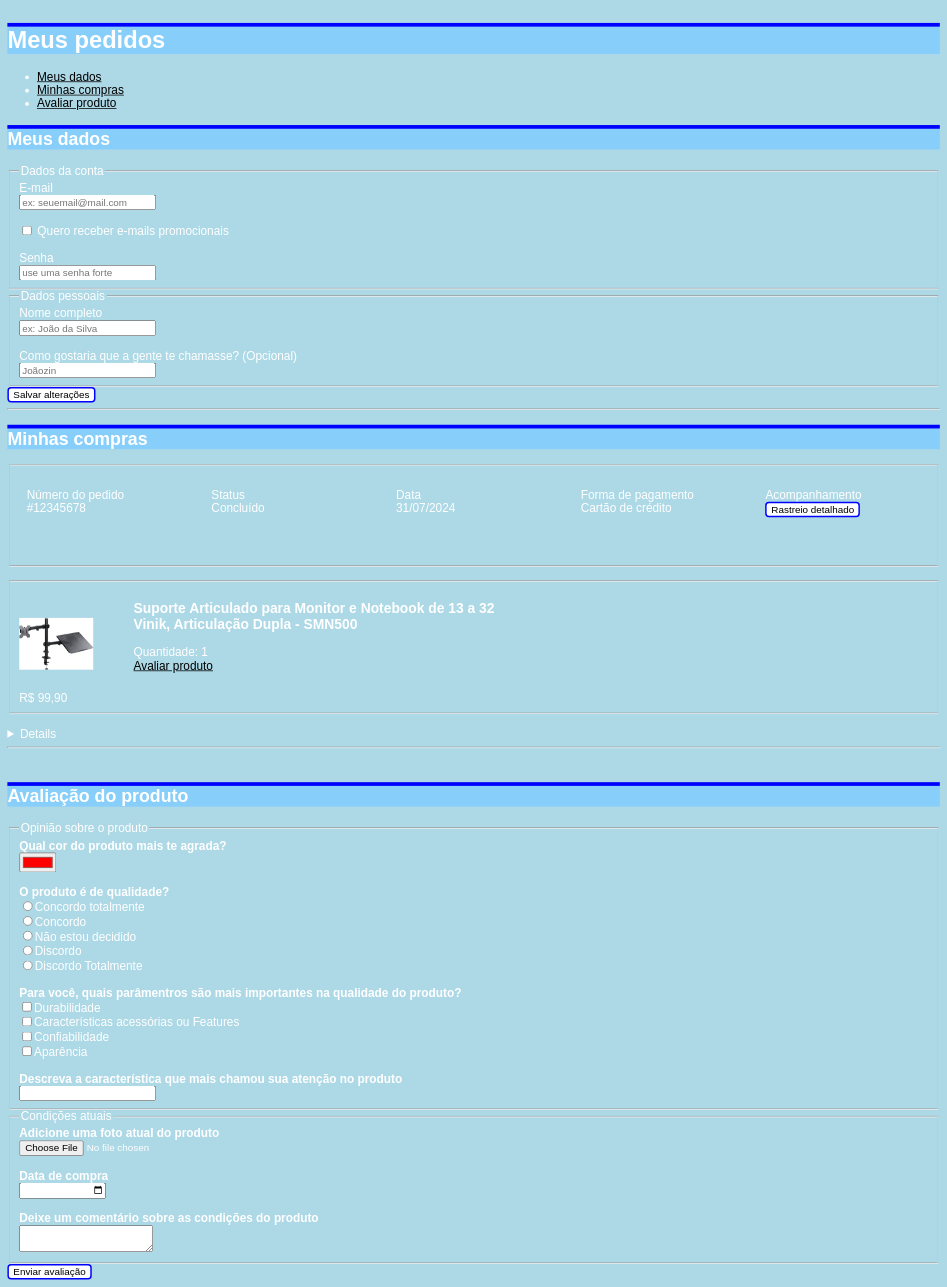
Repository: claudemir-camargo/site-compras
Page: index.html
These files come from the project's save history. The page is drawn as it stood at one moment and after the next save; the edit follows.
The browser window is 1280 px wide. The pictures show the whole page, at 74% of full size.

Above is the page before, as saved 2024-03-10 01:14:26.

### index.html
<!DOCTYPE html>
<html lang="en">

<head>
    <meta charset="UTF-8">
    <meta name="viewport" content="width=device-width, initial-scale=1.0">
    <link rel="stylesheet" type="text/css" href="css/style.css" />
    <title>Site de Compras</title>
</head>

<body>
    <h1>Meus pedidos</h1>
    <ul>
        <li><a href="#meus-dados">Meus dados</a></li>
        <li><a href="#minhas-compras">Minhas compras</a></li>
        <li><a href="#avaliacao-produto">Avaliar produto</a></li>
    </ul>
    <h2 id="meus-dados">Meus dados</h2>
    <!-- Conta -->
    <fieldset>
        <legend>Dados da conta</legend>
        <form>
            <label>E-mail</label><br>
            <input type="email" id="email" name="email" placeholder="ex: seuemail@mail.com"><br><br>
            <input type="checkbox">
            <label>Quero receber e-mails promocionais</label><br><br>
            <label>Senha</label><br>
            <input type="password" placeholder="use uma senha forte">
        </form>
    </fieldset>
    <!-- Pessoais -->
    <fieldset>
        <legend>Dados pessoais</legend>
        <form>
            <label>Nome completo</label><br>
            <input type="text" placeholder="ex: João da Silva"><br><br>
            <label>Como gostaria que a gente te chamasse? (Opcional) </label><br>
            <input type="text" placeholder="Joãozin">
        </form>
    </fieldset>
    <button type="button">Salvar alterações</button>
    <hr>
    <!-- Minhas compras -->
    <h2 id="minhas-compras">Minhas compras</h2>
    <fieldset>
        <div class="container">
            <div id="div1">
                <p>Número do pedido<br>#12345678</p>
            </div>
            <div id="div2">
                <p>Status<br>Concluído</p>
            </div>
            <div id="div3">
                <p>Data<br>31/07/2024</p>
            </div>
            <div id="div4">
                <p>Forma de pagamento<br>Cartão de crédito</p>
            </div>
            <div id="div5">
                <p>Acompanhamento<br><a href="#rastreioModal"><button>Rastreio detalhado</button></a></p>
            </div>
        </div>
    </fieldset>
    <div id="rastreioModal" class="modal">
        <h2>Rastreio detalhado</h2>
        <p>Seu pedido foi entregue com sucesso!<br>
            Entregue por: GFL<br>
            Código de rasteeio: 123456789<br>
            Entregue em: 31/07/2024<br>
        </p>
        <a href="#">Fechar</a>
    </div>

    <!-- Produto -->
    <br>
    <fieldset>
        <div class="container1">
            <div class="imagem"><img src="img/suporte.jpg" alt="Suporte"></div>
        <div class="produto">
            <h3>
                <p>Suporte Articulado para Monitor e Notebook de 13 a 32 Vinik,
                    Articulação Dupla - SMN500</p>
            </h3>
            Quantidade: 1<br>
            <a href="#avaliacao-produto">Avaliar produto</a><br>
        </div>
        <div class="preco">R$ 99,90</div>
        </div>
    </fieldset>
    <br>
    <details tag="Detalhes de Envio e Pagamento">
        <p></p>
        <strong>Endereço de entrega</strong><br>
        Avenida Estelita Falcão<br>
        Número 12, Centro<br>
        CEP 48170-970 - Itapetininga/São Paulo
        <br><br>
        <strong>Forma de Pagamento</strong><br>
        Cartão de crédito<br>
        Master Card **** **** **** 1234<br>
        Titular: Claudemir Camargo
        <br><br>
        <strong>Frete</strong>
        R$ 15,50<br>
        Enviado por GFL<br>
        Entregue
    </details>
    <hr>
    <br>
    <form>
        <h2 id="avaliacao-produto">Avaliação do produto</h2>
        <fieldset>
            <legend>Opinião sobre o produto</legend>
            <label><strong>Qual cor do produto mais te agrada?</strong></label><br>
            <input type="color" value="#ff0000"><br><br>
            <label><strong>O produto é de qualidade?</strong></label><br>
            <input type="radio" name="qualidade"><label>Concordo totalmente</label><br>
            <input type="radio" name="qualidade"><label>Concordo</label><br>
            <input type="radio" name="qualidade"><label>Não estou decidido</label><br>
            <input type="radio" name="qualidade"><label></label>Discordo</label><br>
            <input type="radio" name="qualidade"><label></label>Discordo Totalmente</label>
            <br><br>
            <label><strong>Para você, quais parâmentros são mais importantes na qualidade do
                    produto?</strong></label><br>
            <input type="checkbox"><label>Durabilidade</label><br>
            <input type="checkbox"><label>Características acessórias ou Features</label><br>
            <input type="checkbox"><label>Confiabilidade</label><br>
            <input type="checkbox"><label>Aparência</label>
            <br><br>
            <label><strong>Descreva a característica que mais chamou sua atenção no produto</strong></label><br>
            <input list="browsers" name="browser" id="browser">
            <datalist id="browsers">
                <option value="Cor">
                <option value="Tamanho">
                <option value="Peso">
                <option value="Material">
            </datalist>
        </fieldset>
        <fieldset>
            <legend>Condições atuais</legend>
            <label><strong>Adicione uma foto atual do produto</strong></label><br>
            <input type="file">
            <br><br>
            <label><strong>Data de compra</strong></label><br>
            <input type="date">
            <br><br>
            <label><strong>Deixe um comentário sobre as condições do produto</strong></label><br>
            <textarea name="comentario"></textarea>
        </fieldset>
        <button type="button">Enviar avaliação</button>
    </form>
</body>

</html>

### css/style.css
* {
    font-family: Arial, Helvetica, sans-serif;
    color: white;
}

a {
    font-family: Arial, Helvetica, sans-serif;
    color: black;
}

h1, h2 {
    border-top: 5px solid blue;
    background-color: lightskyblue;
}

img {
    height: 70px;
    width: 100px;
}

body{
    background-color: lightblue;
    margin: 5px;
    padding: 5px;
}

button {
    background-color:white;
    border: 2px solid blue;
    border-radius: 5px;
    font-family: Arial, Helvetica, sans-serif;
    color: black;

}

.container {
    display: flex;
    gap: 20px;
}

#div1, #div2, #div3, #div4, #div5 {
    flex: 1;
    width: 100px;
    height: 100px;
    display: inline-block;
    padding: 10px;
}

.container1 {
    display: inline-block;
    /*gap: 33px;*/
}

#imagem, #produto, #preco {
    flex: 1;
    display: inline;
    padding: 10px;
}

.imagem {
    width: 150px;
    height: 100px;
    display: inline-block;
}

.produto {
    width: 500px;
    height: 100px;
    display: inline-block;
}

.modal {
    display: none;
    position: fixed;
    top: 50%;
    left: 50%;
    transform: translate(-50%, -50%);
    background-color: #f9f9f9;
    padding: 20px;
    border: 1px solid #ccc;
    box-shadow: 0 2px 10px rgba(0, 0, 0, 0.1);
    z-index: 1000;
}

.modal:target {
    display: block;
}

After the next save:
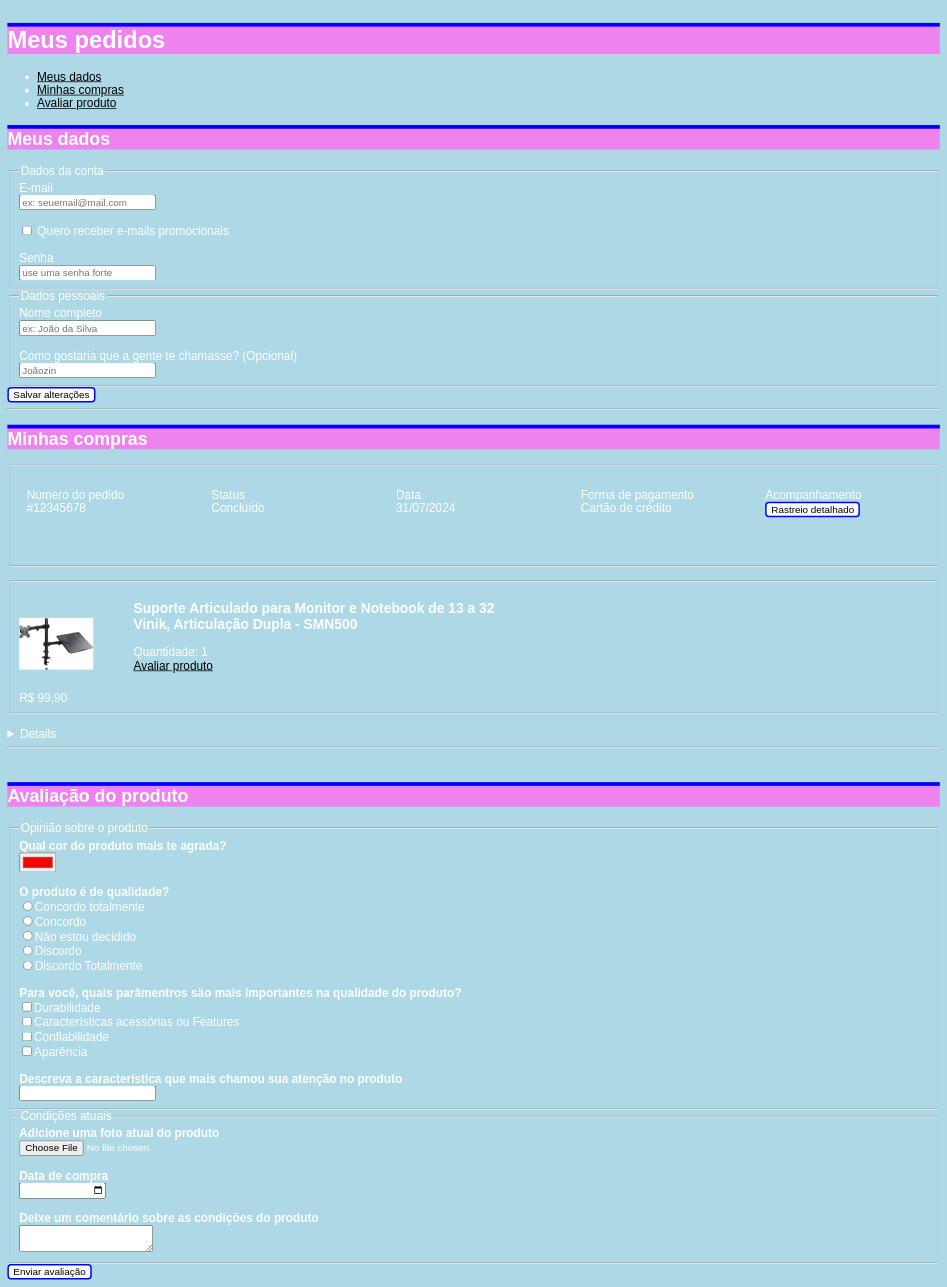
Saved 73 s later.
--- a/css/style.css
+++ b/css/style.css
@@ -10,7 +10,7 @@ a {
 
 h1, h2 {
     border-top: 5px solid blue;
-    background-color: lightskyblue;
+    background-color: violet;
 }
 
 img {

After the save that followed:
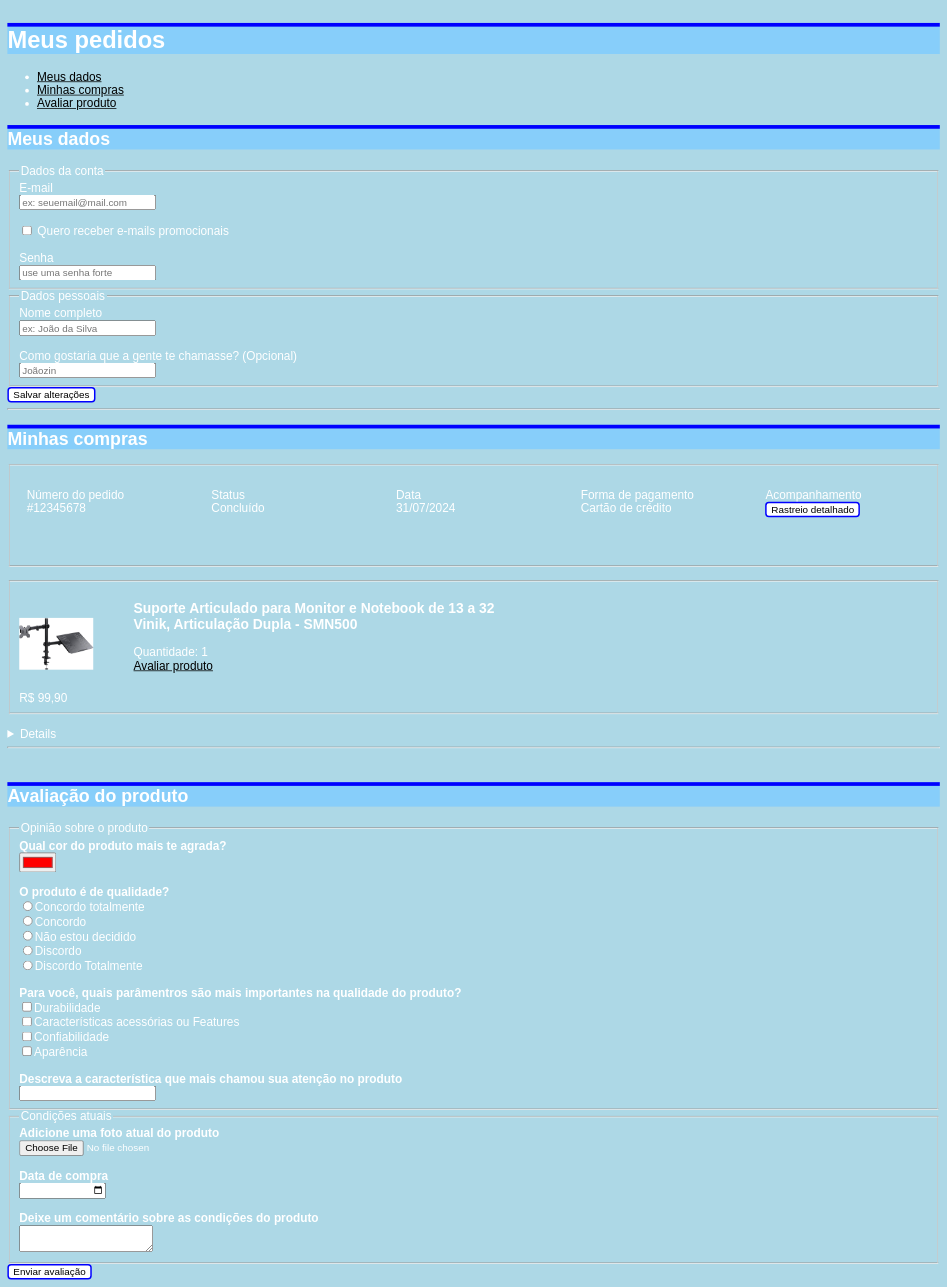
Saved 10 s later.
--- a/css/style.css
+++ b/css/style.css
@@ -10,7 +10,7 @@ a {
 
 h1, h2 {
     border-top: 5px solid blue;
-    background-color: violet;
+    background-color: lightskyblue;
 }
 
 img {
